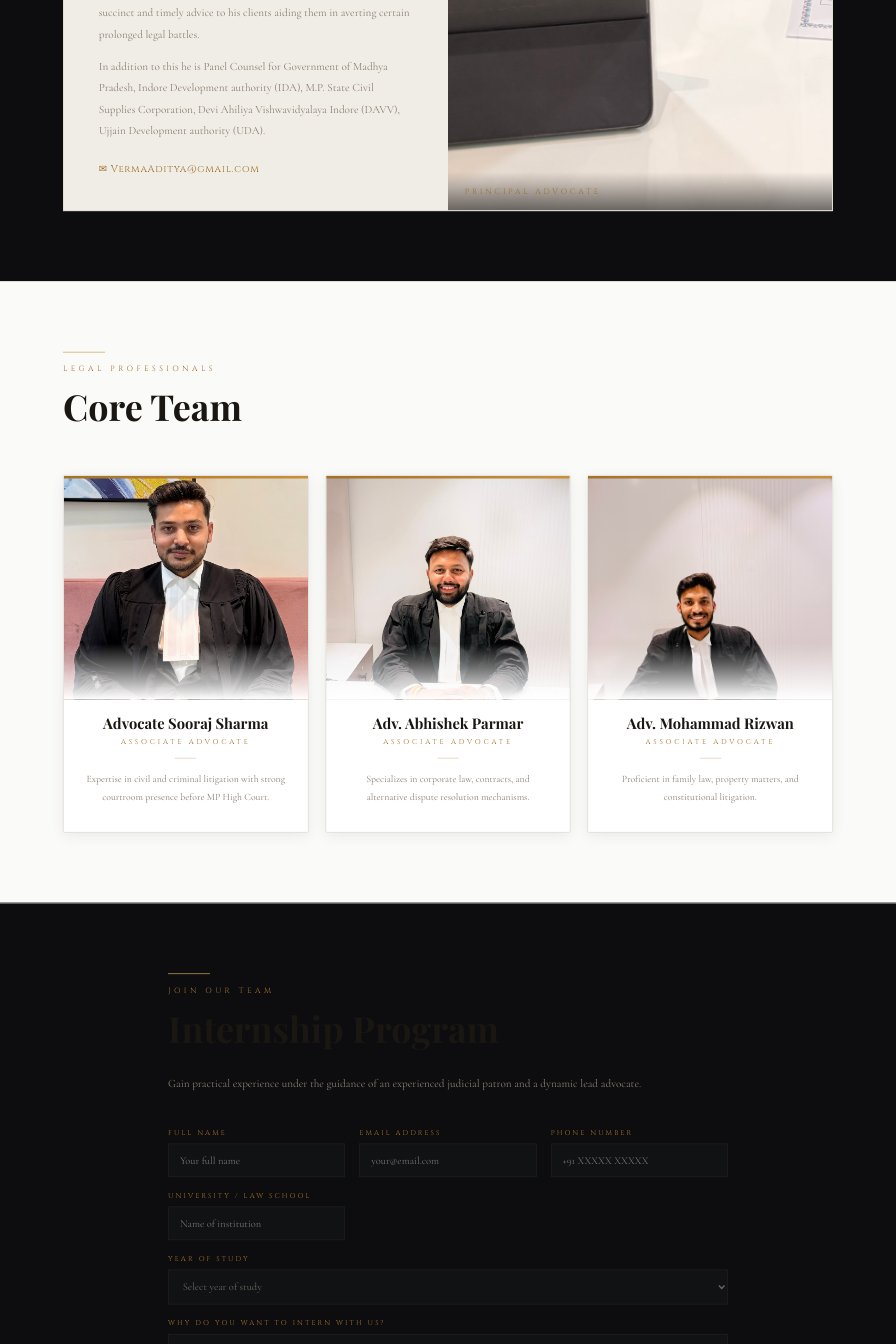
Repository: leesha19/aditya-verma-and-associates
Page: /
An editor plug-in stored every save of this project. The page is shown before and after the next save, followed by the edit.
The browser window is 1280 px wide. The pictures show the part of the page from y = 3192 to 5112 px (the page is 6707 px tall), at 70% of full size.
The project was rebuilt for these pictures with package versions that can differ from the ones it lists, and the page was loaded fresh each time. Also part of the build but not shown: src/components/ui/Avatar.js.

Above is the page before, as saved 2026-04-20 00:28:10.

After the next save:
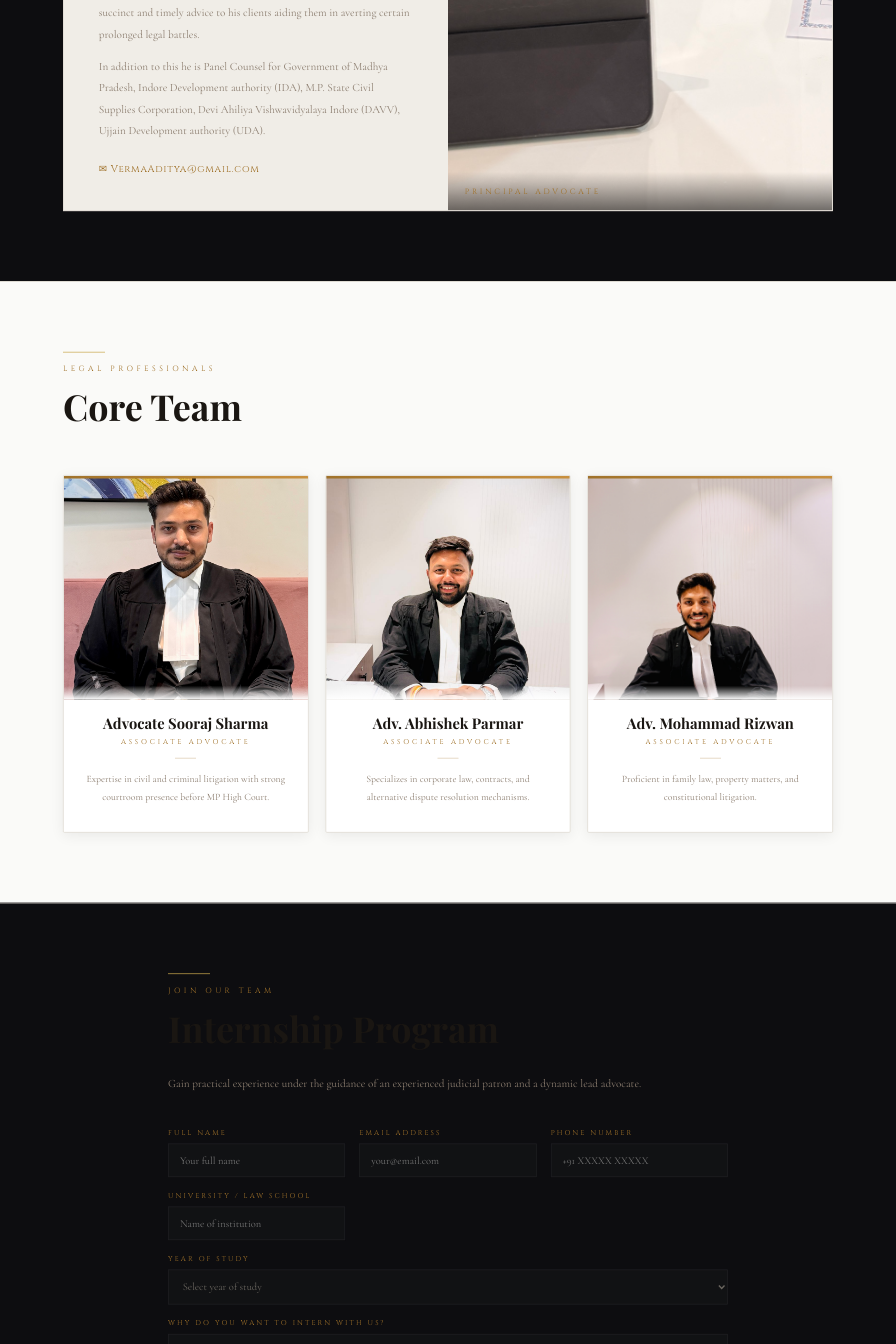
Saved 40 s later.
--- a/src/components/ui/CoreTeamCard.js
+++ b/src/components/ui/CoreTeamCard.js
@@ -64,7 +64,7 @@ export default function CoreTeamCard({ member, style = {} }) {
         {/* Bottom fade into white card */}
         <div style={{
           position: "absolute", bottom: 0, left: 0, right: 0,
-          height: 80,
+          height: 20,
           background: "linear-gradient(0deg, #FFFFFF 0%, transparent 100%)",
         }} />
       </div>
